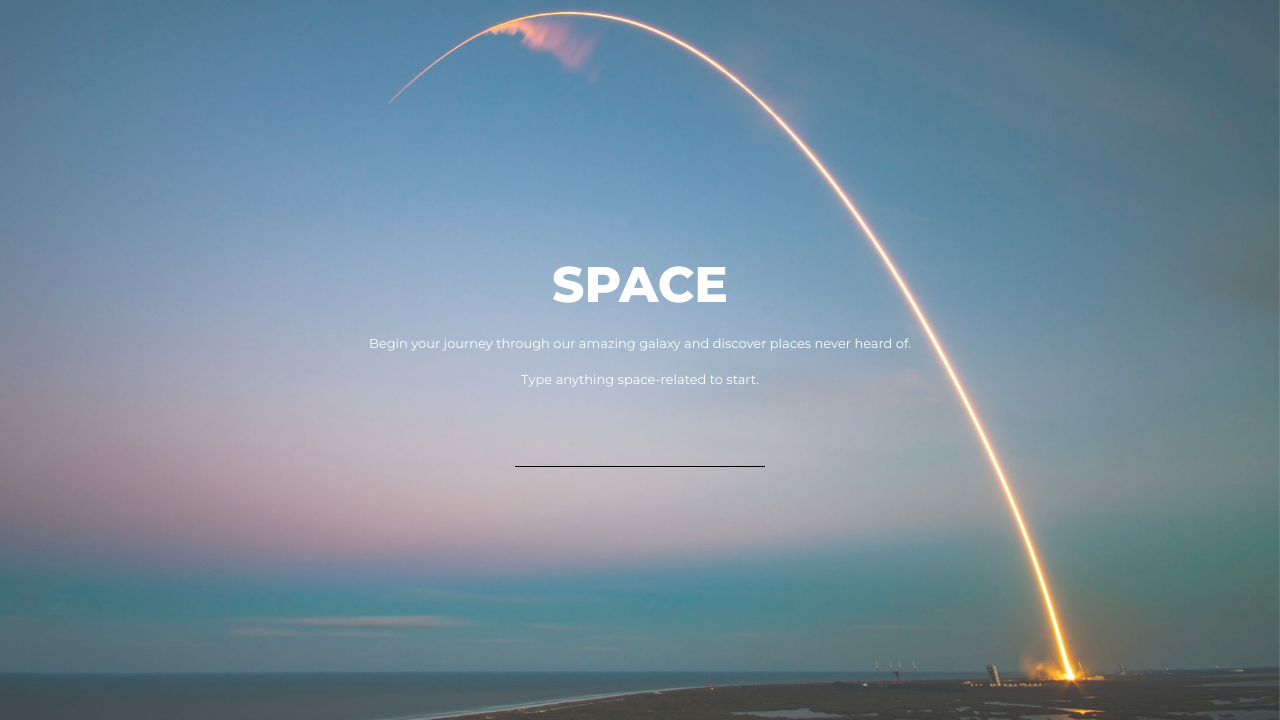
Repository: pmor80/spacer
Page: /
The author's editor kept a copy of each file at every save. The page is drawn from the files as they stood at one save, then again after the next save.
The browser window is 1280 px wide. The pictures show the whole page.
The project was rebuilt for these pictures with package versions that can differ from the ones it lists, and the page was loaded fresh each time.

Above is the page before, as saved 2019-07-02 16:00:33.

### public/index.html
<!DOCTYPE html>
<html lang="en">
  <head>
    <meta charset="utf-8">
    <meta http-equiv="X-UA-Compatible" content="IE=edge">
    <meta name="viewport" content="width=device-width,initial-scale=1.0">
    <link rel="icon" href="<%= BASE_URL %>favicon.ico">
    <title>spacer</title>
  </head>
  <body>
    <noscript>
      <strong>We're sorry but spacer doesn't work properly without JavaScript enabled. Please enable it to continue.</strong>
    </noscript>
    <div id="app"></div>
    <!-- built files will be auto injected -->
  </body>
</html>

### src/main.js
import Vue from 'vue';
import App from './App.vue';

Vue.config.productionTip = false;

new Vue({
  render: h => h(App),
}).$mount('#app');

### src/App.vue
<template>
  <div class="wrapper">
    <HeroImage />
    <Claim />
    <SearchInput />
  </div>
</template>

<script>
import axios from "axios";
import debounce from "lodash.debounce";
import Claim from "@/components/Claim.vue";
import SearchInput from "@/components/SearchInput.vue";
import HeroImage from "@/components/HeroImage.vue";

const API = "https://images-api.nasa.gov/search";

export default {
  name: "App",
  components: {
    HeroImage,
    Claim,
    SearchInput
  },
  data() {
    return {
      searchValue: "",
      results: []
    };
  },
  methods: {
    handleInput: debounce(function() {
      axios
        .get(`${API}?q=${this.searchValue}&media_type=image`)
        .then(response => {
          this.results = response.data.collection.items;
        })
        .catch(err => {
          console.log(err);
        });
    }, 500)
  }
};
</script>

<style lang="scss">
@import url("https://fonts.googleapis.com/css?family=Montserrat:300,400,600,800");

* {
  box-sizing: border-box;
}

body {
  font-family: "Montserrat", sans-serif;
  margin: 0;
  padding: 0;
}

.wrapper {
  margin: 0;
  padding: 30px;
  width: 100%;
  min-height: 100vh;
  display: flex;
  flex-direction: column;
  align-items: center;
  justify-content: center;
}
</style>

### src/components/Claim.vue
<template>
  <div class="claimWrapper">
    <h1 class="claim">SPACE</h1>
    <p
      class="subclaim"
    >Begin your journey through our amazing galaxy and discover places never heard of.</p>
    <p class="subclaim">Type anything space-related to start.</p>
  </div>
</template>

<script>
export default {
  name: "Claim"
};
</script>

<style lang="scss" scoped>
.claimWrapper {
  display: flex;
  flex-direction: column;
  justify-content: center;
  align-items: center;
  text-align: center;
  color: #fff;
}
.claim {
  font-size: 50px;
  margin: 0;
}

.subclaim {
  margin: 20px 0 0 0;
  font-size: 13px;
}
</style>

### src/components/SearchInput.vue
<template>
  <div class="searchWrapper">
    <input id="search" name="search" v-model="searchValue" @input="handleInput" />
  </div>
</template>

<script>
export default {
  name: "SearchInput"
};
</script>

<style lang="scss" scoped>
.searchWrapper {
  margin: 50px 0 0 0;
  display: flex;
  flex-direction: column;
  width: 250px;

  input {
    height: 30px;
    border: 0;
    background: none;
    border-bottom: 1px solid #000;
  }
}
</style>

### src/components/HeroImage.vue
<template>
  <div class="heroImage"></div>
</template>

<script>
export default {
  name: "HeroImage"
};
</script>

<style lang="scss" scoped>
.heroImage {
  width: 100%;
  height: 100vh;
  position: fixed;
  top: 0;
  z-index: -1;
  justify-content: center;
  background-image: url("../assets/heroimage.jpg");
  background-repeat: no-repeat;
  background-size: cover;
  background-position: 80% 0%;
}
.heroImage::after {
  position: absolute;
  top: 0;
  left: 0;
  z-index: 1;
  width: 100%;
  height: 100vh;
}
</style>

After the next save:
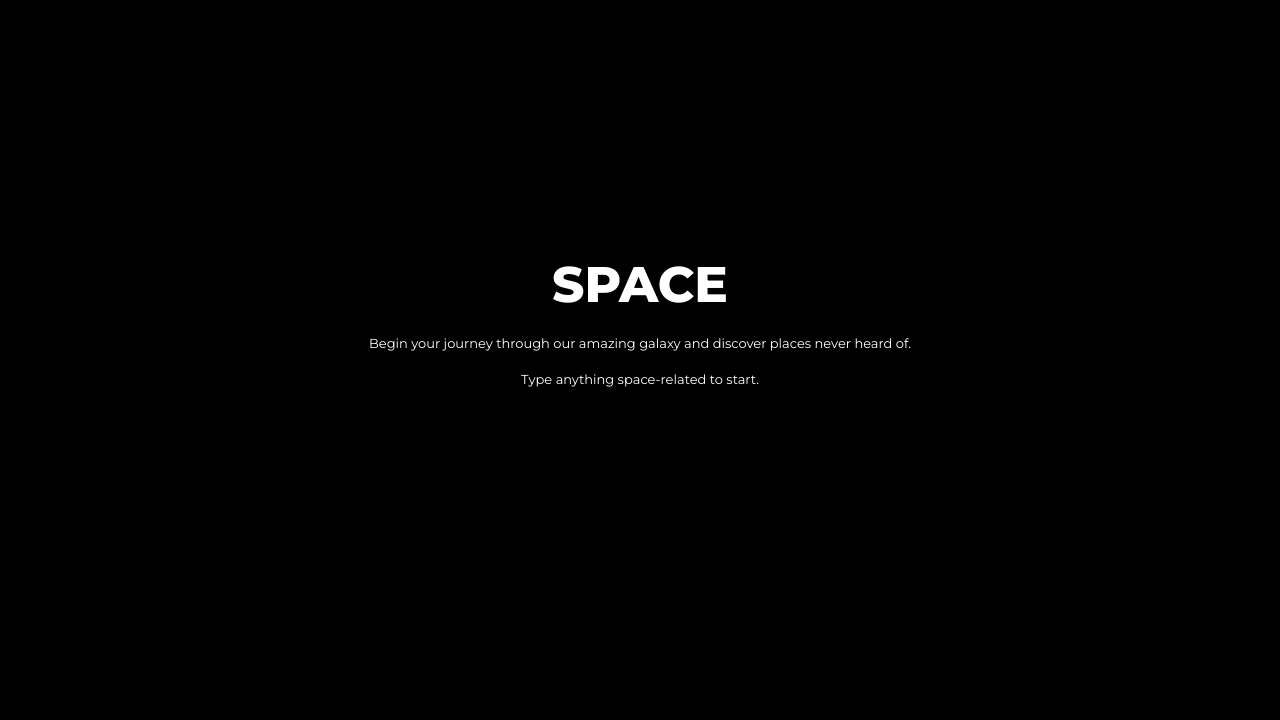
Saved 47 s later.
--- a/src/components/HeroImage.vue
+++ b/src/components/HeroImage.vue
@@ -22,6 +22,8 @@ export default {
   background-position: 80% 0%;
 }
 .heroImage::after {
+  content: "";
+  background: #000;
   position: absolute;
   top: 0;
   left: 0;
